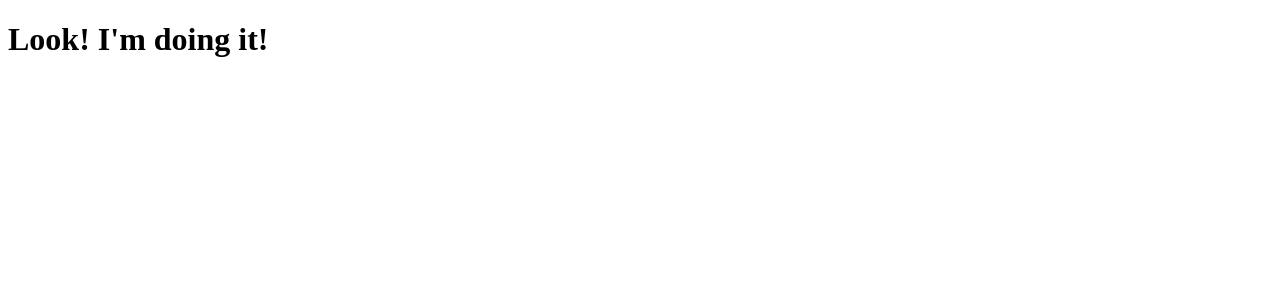
Repository: overbejt/UdemySpringMVC
Page: http://localhost/hello-World/login.do
These files come from the project's save history. The page is drawn as it stood at one moment and after the next save; the edit follows.
The browser window is 1280 px wide. The pictures show the whole page.
The page is served by Tomcat 9. Other server files are loaded and not shown.

Above is the page before, as saved 2018-12-25 04:46:10.

### hello-World/src/main/webapp/WEB-INF/views/login.jsp
<%@ page language="java" contentType="text/html; charset=UTF-8"
    pageEncoding="UTF-8"%>
<!DOCTYPE html PUBLIC "-//W3C//DTD HTML 4.01 Transitional//EN" "http://www.w3.org/TR/html4/loose.dtd">
<html>
<head>
<meta http-equiv="Content-Type" content="text/html; charset=UTF-8">
<title>Yahoo!!!!!!!! from JSP</title>
</head>

<body>
<h1>
Look! I'm doing it!
</h1>

<p>

</p>



</body>
</html>

### hello-World/src/main/java/webapp/LoginServlet.java
package webapp;

import java.io.IOException;
import java.io.PrintWriter;

import javax.servlet.ServletException;
import javax.servlet.annotation.WebServlet;
import javax.servlet.http.HttpServlet;
import javax.servlet.http.HttpServletRequest;
import javax.servlet.http.HttpServletResponse;

/*
 * Browser sends Http Request to Web Server
 *
 * Code in Web Server => Input:HttpRequest, Output: HttpResponse
 * JEE with Servlets
 *
 * Web Server responds with Http Response
 */

//Java Platform, Enterprise Edition (Java EE) JEE6

//Servlet is a Java programming language class
//used to extend the capabilities of servers
//that host applications accessed by means of
//a request-response programming model.

//1. extends javax.servlet.http.HttpServlet
//2. @WebServlet(urlPatterns = "/login.do")
//3. doGet(HttpServletRequest request, HttpServletResponse response)
//4. How is the response created?

@WebServlet(urlPatterns = "/login.do")
public class LoginServlet extends HttpServlet {

	@Override
	protected void doGet(HttpServletRequest request, HttpServletResponse response) throws IOException, ServletException {
		//I need to remember this line.  It is critical
		request.getRequestDispatcher("/WEB-INF/views/login.jsp").forward(request, response);

	}

}

After the next save:
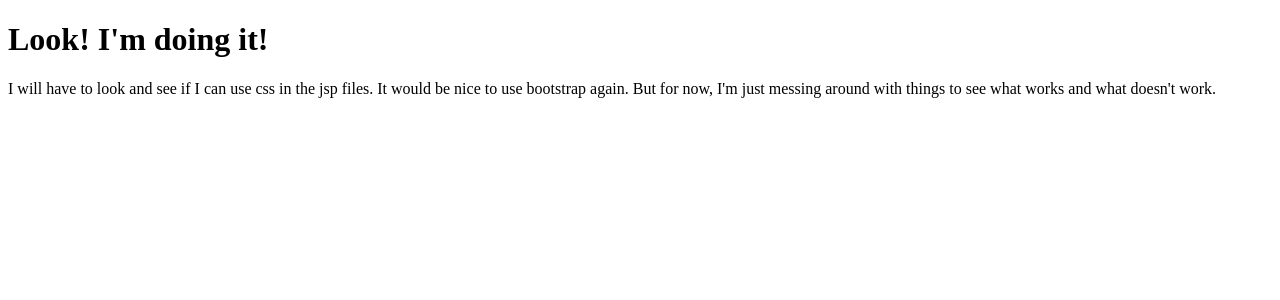
Saved 2 min 51 s later.
--- a/hello-World/src/main/webapp/WEB-INF/views/login.jsp
+++ b/hello-World/src/main/webapp/WEB-INF/views/login.jsp
@@ -13,7 +13,10 @@ Look! I'm doing it!
 </h1>
 
 <p>
-
+I will have to look and see if I can use css in the
+jsp files.  It would be nice to use bootstrap again.
+But for now, I'm just messing around with things to
+see what works and what doesn't work.
 </p>
 
 
